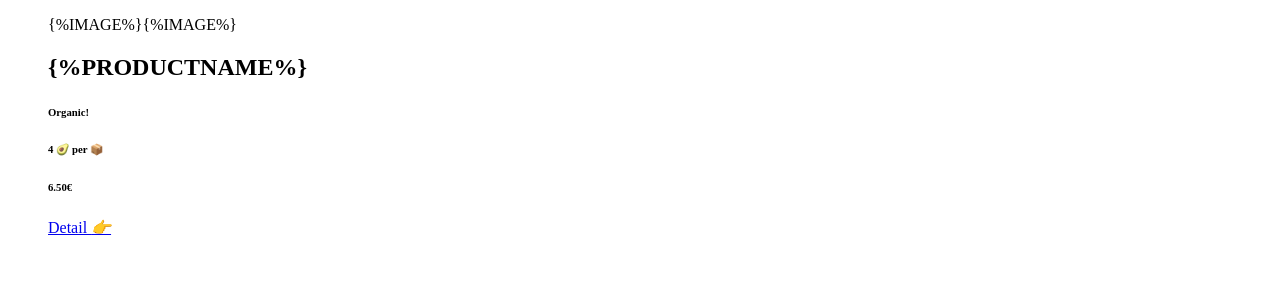
Repository: 13-Joban/Node_Farm_Backend
Page: templates/template.html
An editor plug-in stored every save of this project. The page is shown before and after the next save, followed by the edit.
The browser window is 1280 px wide. The pictures show the whole page.

Above is the page before, as saved 2022-07-16 17:52:40.

### templates/template.html
<figure class="card">
    <div class="card__emoji">{%IMAGE%}{%IMAGE%}</div>

    <div class="card__title-box">
      <h2 class="card__title">{%PRODUCTNAME%}</h2>
    </div>

    <div class="card__details">
      <div class="card__detail-box">
        <h6 class="card__detail card__detail--organic {%NOTORGANIC%}">Organic!</h6>
      </div>

      <div class="card__detail-box">
        <h6 class="card__detail">4 🥑 per 📦</h6>
      </div>

      <div class="card__detail-box">
        <h6 class="card__detail card__detail--price">6.50€</h6>
      </div>
    </div>

    <a class="card__link" href="#">
      <span>Detail <i class="emoji-right">👉</i></span>
    </a>
  </figure>

After the next save:
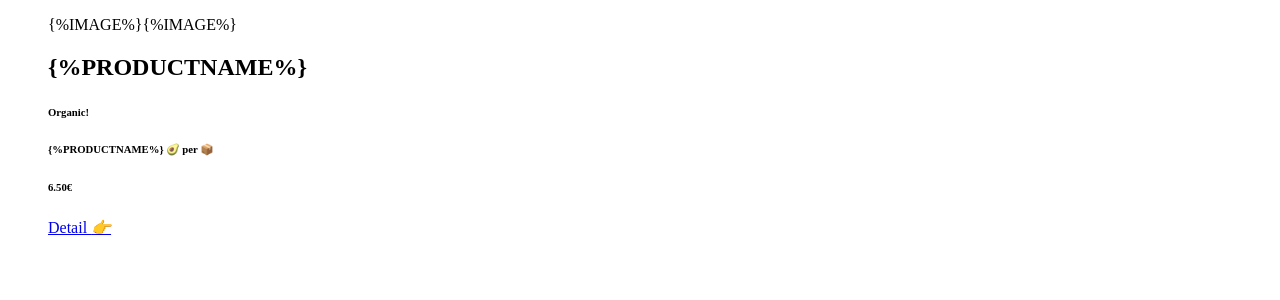
Saved 8 s later.
--- a/templates/template.html
+++ b/templates/template.html
@@ -11,7 +11,7 @@
       </div>
 
       <div class="card__detail-box">
-        <h6 class="card__detail">4 🥑 per 📦</h6>
+        <h6 class="card__detail">{%PRODUCTNAME%} 🥑 per 📦</h6>
       </div>
 
       <div class="card__detail-box">
